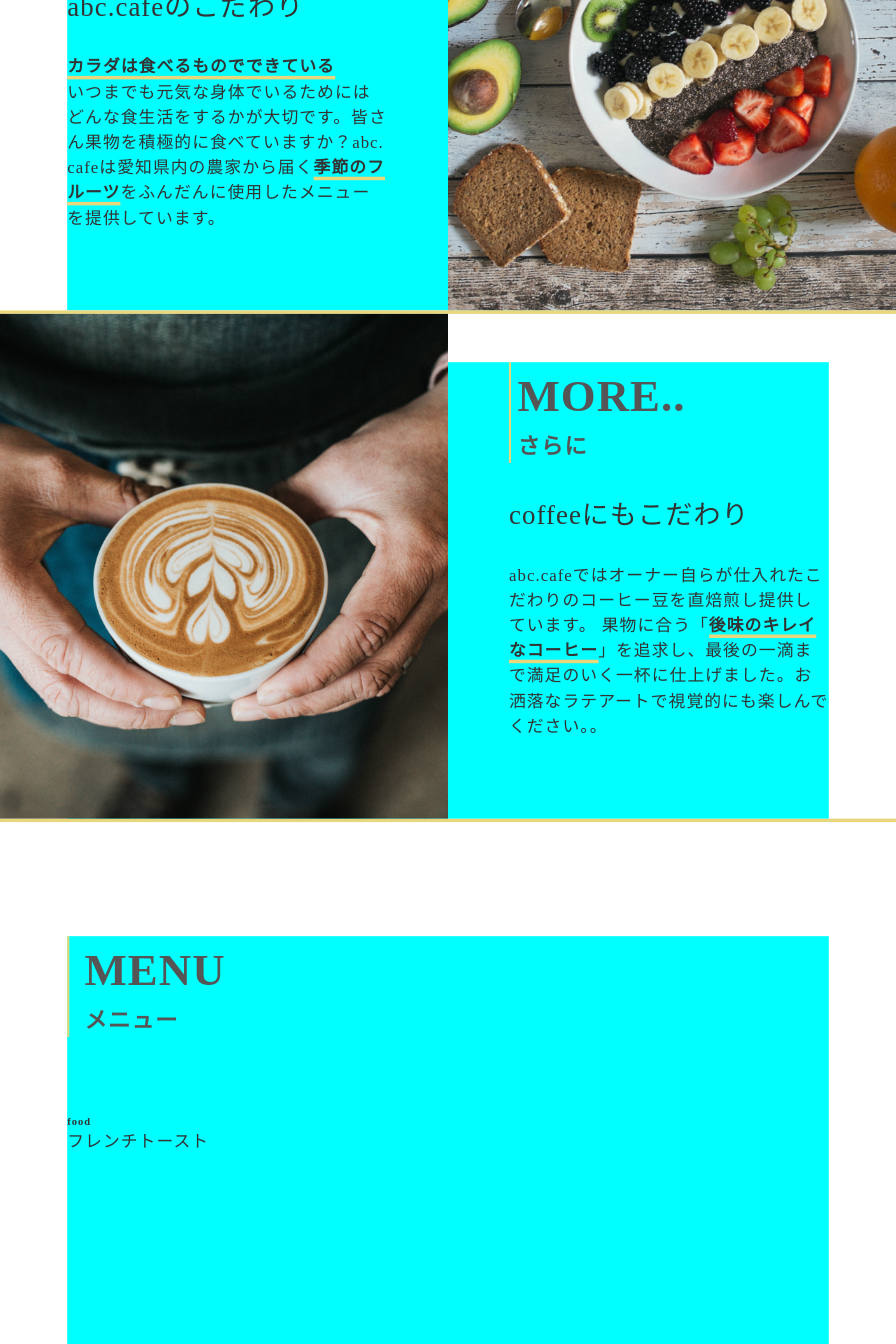
Repository: nozomi-23/lp1_test
Page: index.html
These files come from the project's save history. The page is drawn as it stood at one moment and after a run of saves; the edit follows.
The browser window is 1280 px wide. The pictures show the part of the page from y = 1819 to 3739 px (the page is 3739 px tall before and 3734 px after), at 70% of full size.

Above is the page before, as saved 2022-06-08 14:28:21.

After the next 2 saves:
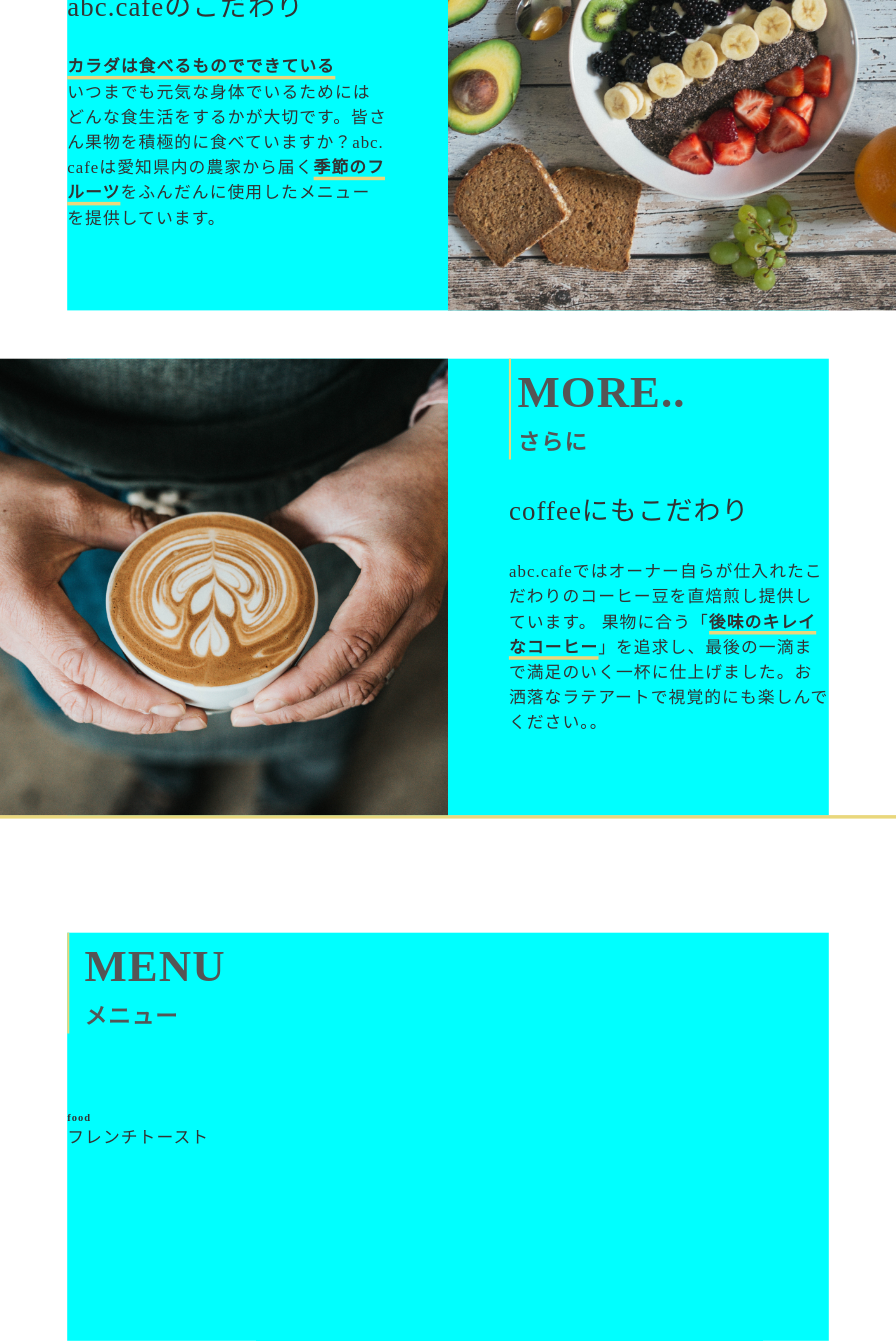
The 2 saves are shown as one change because they came seconds apart.
The last was saved 56 s later.
--- a/index.html
+++ b/index.html
@@ -81,7 +81,7 @@
     </div>
     </div>
     </section>
-  <section class="about_img_2 section"   id="about">
+  <section class="about_img_2 section_2"   id="about">
     <div class="inner">
       <div class="about_descript about_descript_right">
         <h2 class="title">MORE..<span>さらに</span></h2>
